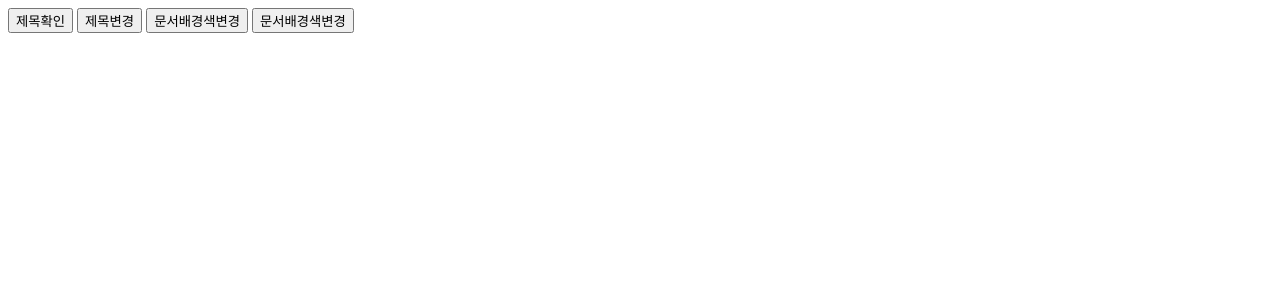
Repository: hololog/workspace_jsp1
Page: JspStudy/src/main/webapp/js1/test10.html
These files come from the project's save history. The page is drawn as it stood at one moment and after the next save; the edit follows.
The browser window is 1280 px wide. The pictures show the whole page.

Above is the page before, as saved 2021-12-06 03:51:59.

After the next save:
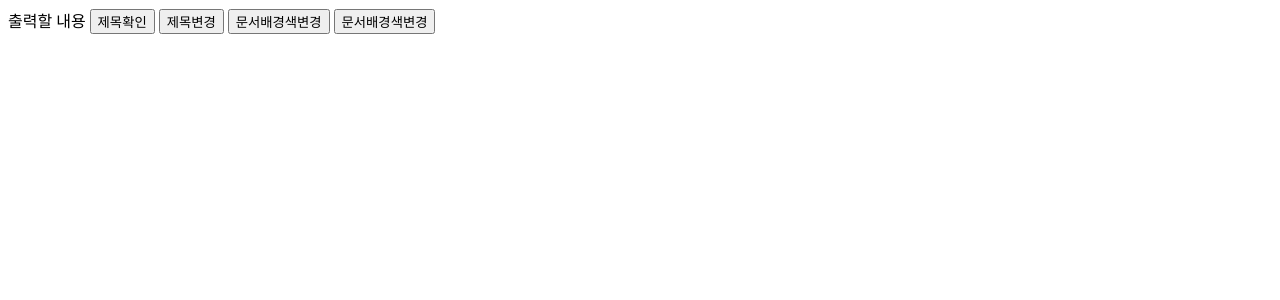
Saved 117 s later.
--- a/JspStudy/src/main/webapp/js1/test10.html
+++ b/JspStudy/src/main/webapp/js1/test10.html
@@ -16,6 +16,8 @@
  	function f4() {
 		document.bgColor="light grey";
 	}
+
+ 	document.write("출력할 내용");
  </script>
 </head>
 <body>
